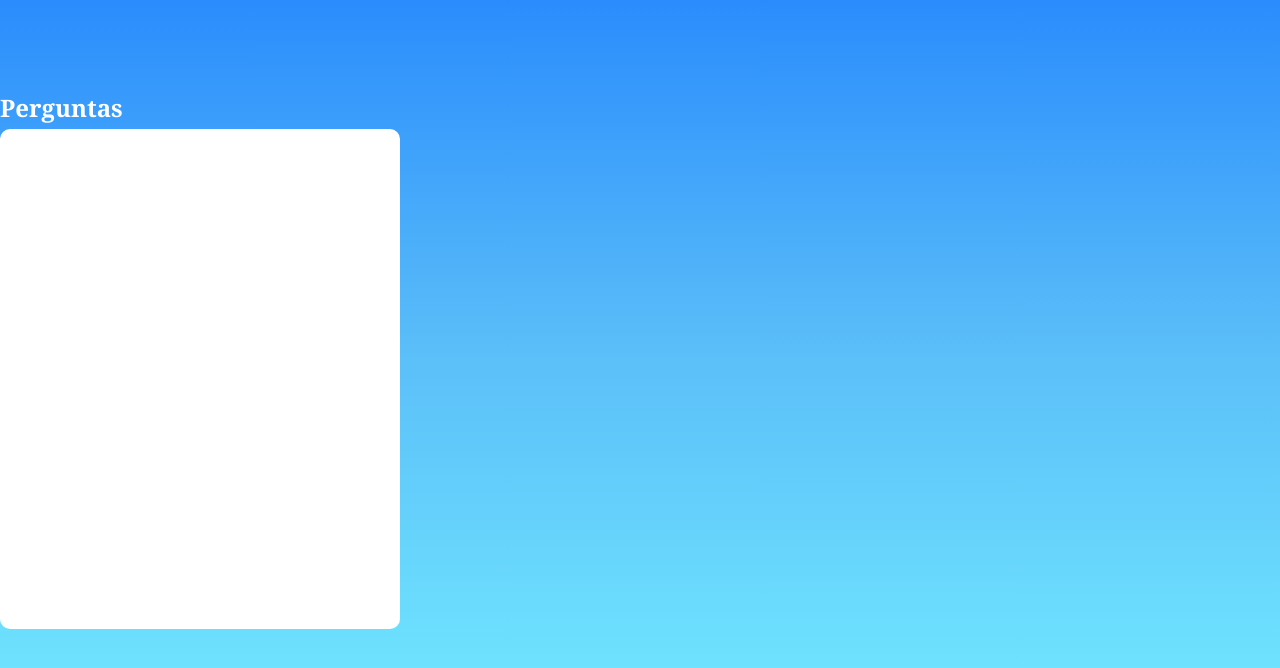
Repository: LaisSilvaO/Projeto-Quizz
Page: telas/index.html
The author's editor kept a copy of each file at every save. The page is drawn from the files as they stood at one save, then again after the next save.
The browser window is 1280 px wide. The pictures show the whole page.

Above is the page before, as saved 2024-12-24 14:27:56.
Not found: telas/script.js

After the next save:
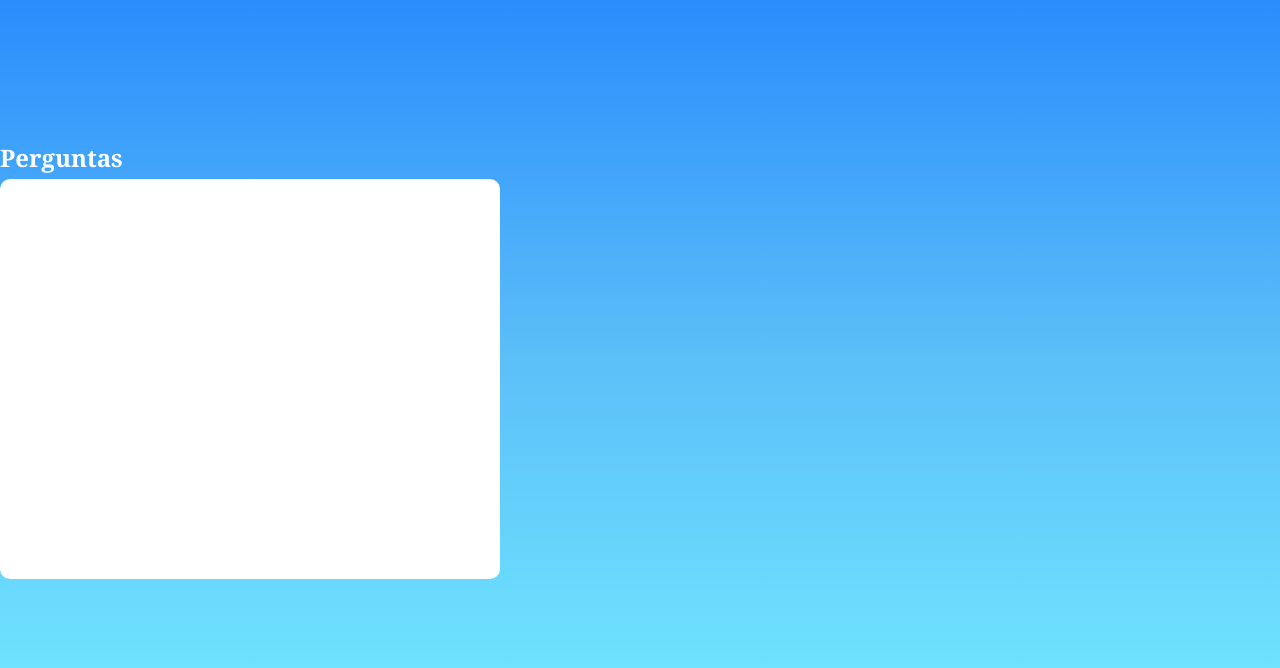
Saved 11 s later.
--- a/img/tela.css
+++ b/img/tela.css
@@ -23,8 +23,8 @@ main {
   padding: 10px;
   border-radius: 10px;
   width: 100%;
-  max-width: 400px;
-  min-height: 500px;
+  max-width: 500px;
+  min-height: 400px;
   display:flex;
   align-items: center;
   justify-content: center;
